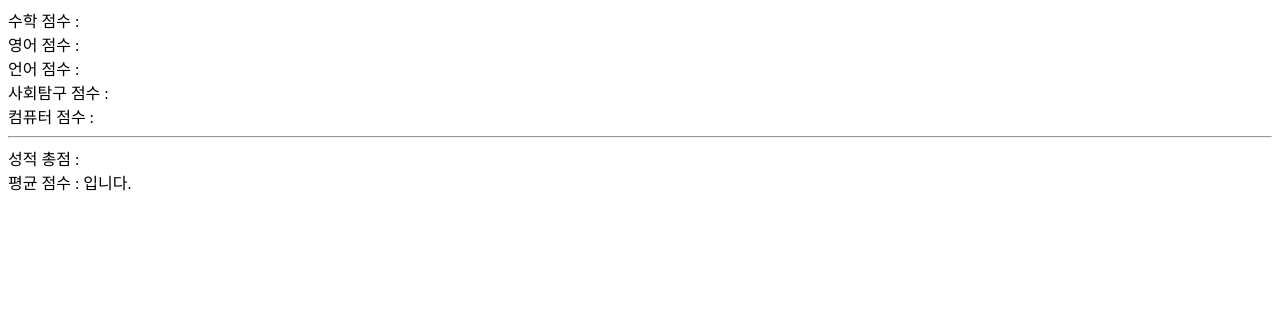
Repository: KindRichMan/Spring
Page: http://localhost/SpringBasic/WEB-INF/views/scoreResult.jsp
An editor plug-in stored every save of this project. The page is shown before and after the next save, followed by the edit.
The browser window is 1280 px wide. The pictures show the whole page.
The page is served by Tomcat 9. Nobody is signed in. Other server files are loaded and not shown. The template is opened directly, without the code that normally fills it, so the values that code supplies are empty.

Above is the page before, as saved 2022-03-31 00:36:23.

### SpringBasic/src/main/webapp/WEB-INF/views/scoreResult.jsp
<%@ page language="java" contentType="text/html; charset=UTF-8"
    pageEncoding="UTF-8"%>
<!DOCTYPE html>
<html>
<head>
<meta charset="UTF-8">
<title>Insert title here</title>
</head>
<body>
   수학 점수 : ${math }<br/>
   영어 점수 : ${eng }<br/>
   언어 점수 : ${lan }<br/>
   사회탐구 점수 : ${social }<br/>
   컴퓨터 점수 : ${com }<br/>
 <hr/>
   성적 총점 : ${total }<br/>
   평균 점수 : ${avg } 입니다.
</body>
</html>

After the next save:
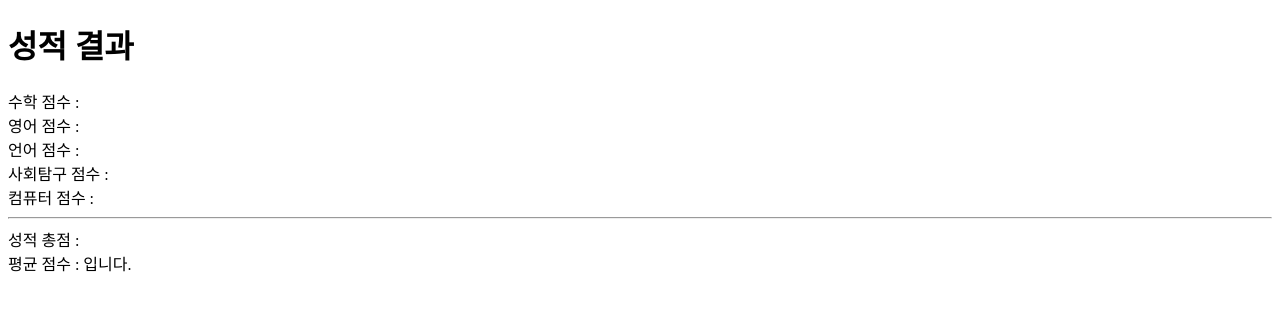
Saved 85 s later.
--- a/SpringBasic/src/main/webapp/WEB-INF/views/scoreResult.jsp
+++ b/SpringBasic/src/main/webapp/WEB-INF/views/scoreResult.jsp
@@ -7,6 +7,7 @@
 <title>Insert title here</title>
 </head>
 <body>
+    <h1>성적 결과</h1>
    수학 점수 : ${math }<br/>
    영어 점수 : ${eng }<br/>
    언어 점수 : ${lan }<br/>
